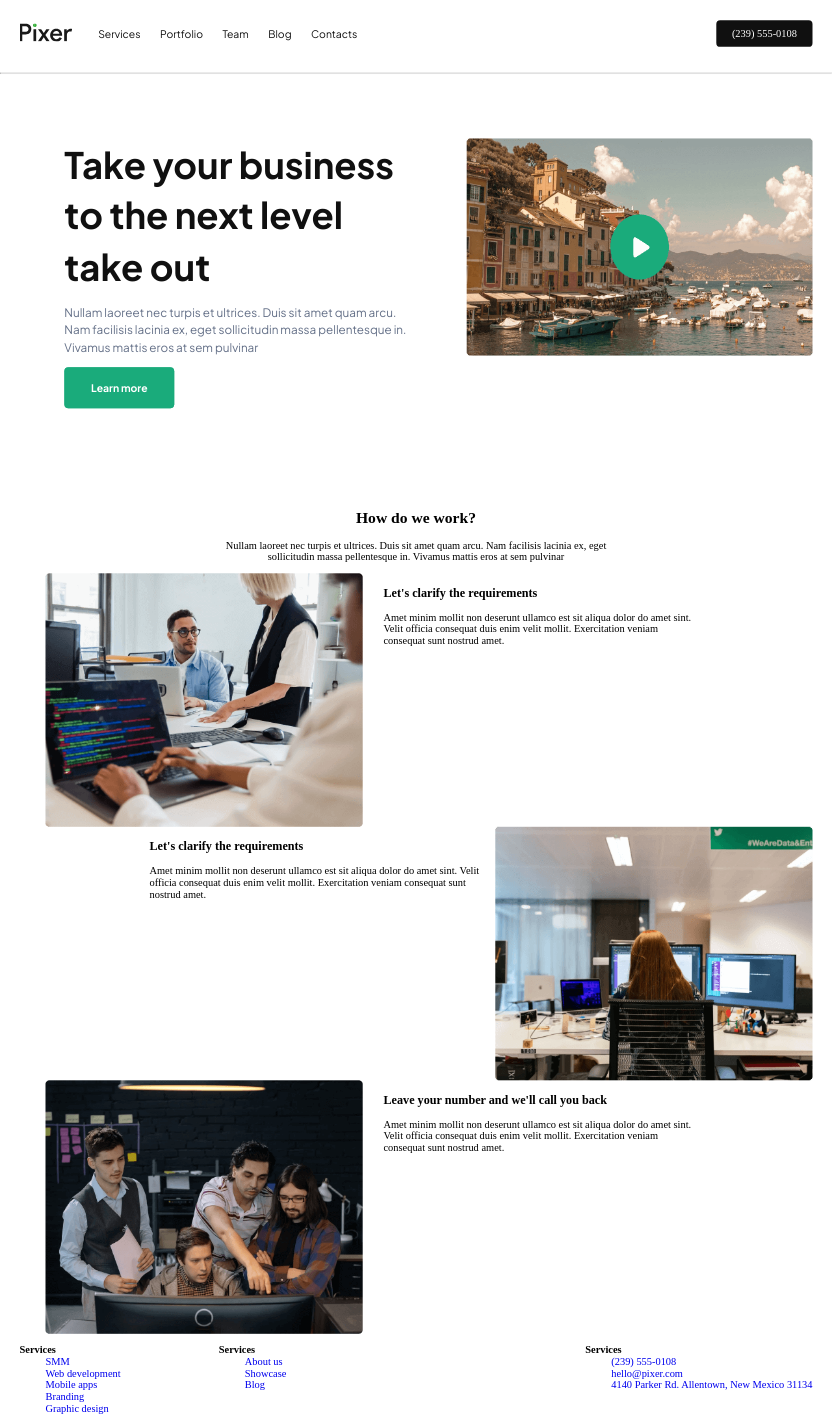
Repository: UlugbekAbdurasulov/pixar
Page: index.html
The author's editor kept a copy of each file at every save. The page is drawn from the files as they stood at one save, then again after the next save.
The browser window is 1280 px wide. The pictures show the whole page, at 65% of full size.

Above is the page before, as saved 2023-06-05 02:48:22.

### index.html
<!DOCTYPE html>
<html lang="en">
  <head>
    <meta charset="UTF-8" />
    <meta http-equiv="X-UA-Compatible" content="IE=edge" />
    <meta name="viewport" content="width=device-width, initial-scale=1.0" />

    <link rel="stylesheet" href="./css/main.css" />
    <title>Imthon</title>
  </head>
  <body>
    <header class="navbar">
      <div class="container">
        <div class="navbar-box">
          <div class="navvar-right">
            <a href="#"
              ><img
                src="./image/logo.svg"
                width="81"
                height="28"
                alt="pixer campaign lagatip"
            /></a>

            <nav class="navbar-naving">
              <ul class="navvar-helper">
                <li class="navbar-menu">
                  <a class="navbar-menu-link" href="#"><p>Services</p></a>
                </li>
                <li class="navbar-menu">
                  <a class="navbar-menu-link" href="#"><p>Portfolio</p></a>
                </li>
                <li class="navbar-menu">
                  <a class="navbar-menu-link" href="#"><p>Team</p></a>
                </li>
                <li class="navbar-menu">
                  <a class="navbar-menu-link" href="#"><p>Blog</p></a>
                </li>
                <li class="navbar-menu">
                  <a class="navbar-menu-link" href="#"><p>Contacts</p></a>
                </li>
              </ul>
            </nav>
          </div>
          <div class="navbar-link">
            <a class="navbar-enker" href="tel:2395550108">(239) 555-0108 </a>
          </div>
        </div>
      </div>
    </header>
    <hr />


        <div class="container">
            <div  class="hero">
                <div class="hero-wrapper">
                    <div class="hero-wrapper-information">
                        <h1 class="hero-wrapper-footer">
                            Take your   business to the next level take out
                        </h1>
                        <p class="hero-wrapper-text">
                            Nullam laoreet nec turpis et ultrices. Duis sit amet quam arcu. Nam facilisis lacinia ex, eget sollicitudin massa pellentesque in. Vivamus mattis eros at sem pulvinar
                        </p>
                       <a class="hero-wrapper-enker" href="#">Learn more</a>
                    </div>
                    <img src="./image/You-Tube.png" width="532" height="334" alt="">
                </div>
            </div>
        </div>
    </menu>


  <section>
    <div class="container">

      <div class="Services">
        <h2>How do we work?</h2>
        <p>Nullam laoreet nec turpis et ultrices. Duis sit amet quam arcu. Nam facilisis lacinia ex, eget sollicitudin massa pellentesque in. Vivamus mattis eros at sem pulvinar</p>
      </div>
   <ul>
    <li class="services-work"><img src="./image/lissining.png" alt=""> <div class="Services-cantent"><h3>Let's clarify the requirements</h3> <p> Amet minim mollit non deserunt ullamco est sit aliqua dolor do amet sint. Velit officia consequat duis enim velit mollit. Exercitation veniam consequat sunt nostrud amet. </p></div></li>
    <li class="services-work roower"><img src="./image/work.png" alt=""> <div class="Services-cantent cantent"><h3>Let's clarify the requirements</h3> <p> Amet minim mollit non deserunt ullamco est sit aliqua dolor do amet sint. Velit officia consequat duis enim velit mollit. Exercitation veniam consequat sunt nostrud amet. </p></div></li>
    <li class="services-work"><img src="./image/team.png" alt=""> <div class="Services-cantent"><h3>Leave your number and we'll call you back</h3> <p> Amet minim mollit non deserunt ullamco est sit aliqua dolor do amet sint. Velit officia consequat duis enim velit mollit. Exercitation veniam consequat sunt nostrud amet. </p></div></li>
   </ul>
    </div>
  </section>

  <footer>


      <div class="sayt-footer-start">

        <div class="container">
<div class="sayt-footer-start-box">
  <div class="boxxing">
  <div class="sayt-footer-start-services">
    <strong>Services</strong>
    <ul class="sayt-footer-start-child">
      <li  class="sayt-footer-start-text"><a href="#"> SMM </a></li>
      <li class="sayt-footer-start-text"><a href="#"> Web development</a></li>
      <li class="sayt-footer-start-text"><a href="#"> Mobile apps </a></li>
      <li class="sayt-footer-start-text"><a href="#"> Branding </a></li>
      <li class="sayt-footer-start-text"><a href="#"> Graphic design </a></li>
    </ul>

  </div>
  <div class="sayt-footer-start-Resources">
    <strong>Services</strong>
    <ul class="sayt-footer-start-child">
      <li class="sayt-footer-start-text"><a href="#">About us</a></li>
      <li class="sayt-footer-start-text"><a href="#">Showcase</a></li>
      <li class="sayt-footer-start-text"><a href="#">Blog</a></li>
    </ul>
  </div>
  </div>

  <div class="sayt-footer-start-Connect">
    <strong>Services</strong>
    <ul class="sayt-footer-start-child">
      <li class="sayt-footer-start-text"><a href="#">(239) 555-0108</a></li>
      <li class="sayt-footer-start-text"><a href="#">hello@pixer.com</a></li>
      <li class="sayt-footer-start-text"><a href="#">4140 Parker Rd. Allentown, New Mexico 31134</a></li>

    </ul>

  </div>
</div>

        </div>

      </div>
      <div class="sayt-footer-bottom">
        <div class="container">

        </div>
      </div>

  </footer>
  </body>
</html>

### css/main.css
/* plus-jakarta-sans-regular - latin */
@font-face {
  font-display: swap; /* Check https://developer.mozilla.org/en-US/docs/Web/CSS/@font-face/font-display for other options. */
  font-family: "Plus Jakarta Sans";
  font-style: normal;
  font-weight: 400;
  src: url("../fontFamly/plus-jakarta-sans-v7-latin-regular.woff2")
      format("woff2"),
    /* Chrome 36+, Opera 23+, Firefox 39+, Safari 12+, iOS 10+ */
      url("../fontFamly/plus-jakarta-sans-v7-latin-regular.woff") format("woff"); /* Chrome 5+, Firefox 3.6+, IE 9+, Safari 5.1+, iOS 5+ */
}

@font-face {
  font-display: swap; /* Check https://developer.mozilla.org/en-US/docs/Web/CSS/@font-face/font-display for other options. */
  font-family: "Plus Jakarta Sans";
  font-style: italic;
  font-weight: 500;
  src: url("../fontFamly/plus-jakarta-sans-v7-latin-500italic.woff2")
      format("woff2"),
    /* Chrome 36+, Opera 23+, Firefox 39+, Safari 12+, iOS 10+ */
      url("../fontFamly/plus-jakarta-sans-v7-latin-500italic.woff")
      format("woff"); /* Chrome 5+, Firefox 3.6+, IE 9+, Safari 5.1+, iOS 5+ */
}

@font-face {
  font-display: swap; /* Check https://developer.mozilla.org/en-US/docs/Web/CSS/@font-face/font-display for other options. */
  font-family: "Plus Jakarta Sans";
  font-style: normal;
  font-weight: 600;
  src: url("../fontFamly/plus-jakarta-sans-v7-latin-600.woff2") format("woff2"),
    /* Chrome 36+, Opera 23+, Firefox 39+, Safari 12+, iOS 10+ */
      url("../fontFamly/plus-jakarta-sans-v7-latin-600.woff") format("woff"); /* Chrome 5+, Firefox 3.6+, IE 9+, Safari 5.1+, iOS 5+ */
}

@font-face {
  font-display: swap; /* Check https://developer.mozilla.org/en-US/docs/Web/CSS/@font-face/font-display for other options. */
  font-family: "Plus Jakarta Sans";
  font-style: normal;
  font-weight: 700;
  src: url("../fontFamly/plus-jakarta-sans-v7-latin-700.woff2") format("woff2"),
    /* Chrome 36+, Opera 23+, Firefox 39+, Safari 12+, iOS 10+ */
      url("../fontFamly/plus-jakarta-sans-v7-latin-700.woff") format("woff"); /* Chrome 5+, Firefox 3.6+, IE 9+, Safari 5.1+, iOS 5+ */
}

* {
  box-sizing: border-box;
  text-decoration: none;
  list-style: none;
}
body {
  margin: 0;
  padding: 0;
  background-color: #fff;
}
.container {
  width: 1260px;
  margin: 0px auto;
  padding: 0 20px;
}
.navbar-box {
  padding-top: 24px;
  padding-bottom: 24px;
  display: flex;
  justify-content: space-between;
  align-items: center;
  margin: 0;
}

.navvar-right {
  display: flex;
  justify-content: center;
  align-items: center;
  margin: 0;
}
.navvar-helper {
  display: flex;
  margin: 0;
}
.navbar-menu {
  margin-right: 30px;
}
.navbar-enker {
  color: #fff;
  margin: auto right;
  background: #101010;
  border-radius: 6px;
  padding: 12px 24px;
  margin-top: 24px;
}
.navbar-menu-link :hover {
  color: #1aab7b;
}
.navbar-menu-link :active {
  color: #1aab7b;
}

.hr {
  background: #ffffff;
  border-bottom: 1px solid #eeeef4;
}
.hero {
  padding-top: 91px;
  padding-bottom: 156px;
}
.hero-wrapper {
  display: flex;
  justify-content: space-between;
  margin: 0;
}
.hero-wrapper-information {
  width: 550px;
  margin: 0 auto;
}

.hero-wrapper-footer {
  font-family: "Plus Jakarta Sans";
  font-style: normal;
  font-weight: 700;
  font-size: 56px;
  line-height: 140%;
  color: #101010;
  margin: 0;
}
.hero-wrapper-text {
  font-family: "Plus Jakarta Sans";
  font-style: normal;
  font-weight: 400;
  font-size: 18px;
  line-height: 150%;
  color: #636f87;

  margin-bottom: 40px;
}

/* .navbar-link{
        margin: 0 auto;
        padding-top: 24px;
    } */
.navbar-menu-link {
  font-family: "Plus Jakarta Sans";
  font-style: normal;
  font-weight: 500;
  font-size: 16px;
  line-height: 150%;

  color: #101010;
}
.hero-wrapper-enker {
  font-family: "Plus Jakarta Sans";
  font-style: normal;
  font-weight: 700;
  font-size: 16px;
  line-height: 120%;

  text-align: center;
  padding: 20px 40px;
  color: #fff;
  border: 1px #1aab7b solid;
  background-color: #1aab7b;
  border-radius: 6px;
}

.hero-wrapper-enker:hover {
  background: #ffffff;
  border: 1.5px solid #1aab7b;
  border-radius: 6px;
  color: #1aab7b;
}
.hero-wrapper-enker :active {
  background-color: #1aab7b;
  opacity: 0.7;
  color: #fff;
}

.Services {
  width: 650px;
  /* margin: 0 auto; */

  margin: 0 auto;
  text-align: center;
}
.services-work {
  display: flex;
}
.Services-cantent {
  width: 488px;
  margin-left: 32px;
}
.roower {
  flex-direction: row-reverse;
}
.cantent {
  width: 532px;
}
.sayt-footer-start-box {
  display: flex;
  justify-content: space-between;
}
.sayt-footer-start-services {
  margin-right: 151px;
}
.sayt-footer-start-Connect {
  margin: auto right;
}
.sayt-footer-start-child {
  margin: 0;
}
.boxxing {
  display: flex;
}
.sayt-footer-start-text{

}

### image/logo.svg
<svg width="81" height="28" viewBox="0 0 81 28" fill="none" xmlns="http://www.w3.org/2000/svg">
<path d="M0 27.3919V0.303287H9.34316C10.5077 0.295204 11.664 0.499932 12.7556 0.907471C13.7897 1.29072 14.742 1.86772 15.5618 2.6078C16.3947 3.36821 17.057 4.29789 17.5046 5.3351C17.9523 6.3723 18.175 7.49328 18.158 8.62358C18.1698 9.74744 17.9445 10.8611 17.497 11.8913C17.0496 12.9215 16.39 13.8449 15.5618 14.6008C14.7422 15.3412 13.7899 15.9182 12.7556 16.3011C11.6648 16.7088 10.5093 16.9139 9.34542 16.9065H4.25674V27.3862L0 27.3919ZM9.45604 12.8257C10.1017 12.8382 10.7431 12.7171 11.34 12.4697C11.8662 12.2485 12.3409 11.92 12.7341 11.5051C13.1055 11.1105 13.3993 10.649 13.5999 10.1448C13.7961 9.66446 13.8984 9.15069 13.9013 8.63152C13.8979 7.55157 13.4798 6.51456 12.7341 5.73642C12.3077 5.30129 11.7976 4.95789 11.2348 4.72715C10.672 4.49641 10.0684 4.38315 9.46056 4.39429H4.25674V12.8302L9.45604 12.8257Z" fill="#191919"/>
<path d="M21.4734 8.85371V27.3919H25.6556V8.85371H21.4734Z" fill="#191919"/>
<path d="M26.3611 2.83451C26.3674 3.20623 26.2989 3.57538 26.1598 3.91992C26.0208 4.26446 25.814 4.57731 25.5518 4.83977C25.2975 5.10879 24.9903 5.32169 24.6496 5.46494C24.3089 5.60819 23.9422 5.67864 23.573 5.6718V0.000627874C23.9422 -0.00592918 24.3088 0.0646457 24.6494 0.207876C24.9901 0.351106 25.2973 0.563865 25.5518 0.832657C25.8134 1.09484 26.0199 1.40716 26.1589 1.75105C26.2979 2.09495 26.3667 2.4634 26.3611 2.83451Z" fill="#35AF39"/>
<path d="M23.5696 0.000636352V5.67521C23.1955 5.68389 22.8238 5.61441 22.4779 5.47118C22.132 5.32795 21.8195 5.11409 21.5603 4.84318C21.2969 4.58076 21.0891 4.26751 20.9494 3.92231C20.8097 3.5771 20.7411 3.20708 20.7475 2.83452C20.7422 2.46314 20.8114 2.09449 20.9511 1.75055C21.0907 1.40662 21.2979 1.09445 21.5603 0.832666C21.8199 0.562198 22.1324 0.34864 22.4782 0.205443C22.824 0.0622456 23.1956 -0.00748732 23.5696 0.000636352Z" fill="#35AF39"/>
<path d="M34.8486 17.9709L28.481 8.85371H33.3417L37.3343 14.7176H37.4471L41.1722 8.85371H46.2203L39.7781 17.9709L46.3331 27.3919H41.3664L37.3726 21.3387H37.2598L33.2999 27.3919H28.3681L34.8486 17.9709Z" fill="#191919"/>
<path d="M65.2893 22.9653C64.4947 24.4194 63.3552 25.654 61.9717 26.5598C60.5419 27.5196 58.7843 27.9995 56.699 27.9995C55.3882 28.0133 54.088 27.7623 52.8757 27.2615C51.7354 26.7889 50.7032 26.0872 49.8426 25.1996C48.9783 24.302 48.2996 23.2413 47.8458 22.0789C47.3571 20.8192 47.1142 19.4769 47.1301 18.1251C47.1227 16.8268 47.3523 15.5382 47.8074 14.3231C48.2358 13.1637 48.8815 12.0975 49.7094 11.182C50.5737 10.2405 51.6261 9.49271 52.7979 8.98757C53.9696 8.48244 55.2344 8.23133 56.5094 8.25066C57.9392 8.25066 59.214 8.49022 60.3338 8.96934C61.4151 9.42349 62.3856 10.1076 63.1784 10.9746C63.9808 11.8743 64.5899 12.9305 64.9676 14.0771C65.3926 15.3558 65.6028 16.6966 65.5895 18.0446V18.3846C65.5654 18.4964 65.5526 18.6104 65.5512 18.7247C65.5266 18.8237 65.514 18.9253 65.5139 19.0274H51.3123C51.3651 19.8327 51.583 20.6185 51.9524 21.3353C52.2761 21.9571 52.7174 22.5096 53.2516 22.9619C53.7568 23.3856 54.3391 23.7067 54.9663 23.9073C55.562 24.1045 56.1847 24.2066 56.8119 24.21C58.016 24.21 59.0082 23.9202 59.7886 23.3405C60.5665 22.7601 61.2192 22.0274 61.7075 21.1868L65.2893 22.9653ZM61.4073 15.8149C61.3409 15.3791 61.2207 14.9534 61.0495 14.5476C60.85 14.0652 60.5555 13.6284 60.1837 13.2632C59.7461 12.8402 59.2354 12.5006 58.6767 12.2612C58.0619 11.9838 57.315 11.8452 56.436 11.8452C55.2319 11.8452 54.1957 12.2045 53.3273 12.9232C52.4588 13.6418 51.8749 14.6057 51.5753 15.8149H61.4073Z" fill="#191919"/>
<path d="M68.7547 8.85369H72.7055V11.6536H72.9313C73.1688 11.1616 73.4819 10.7102 73.8591 10.316C74.247 9.89965 74.6912 9.54019 75.1787 9.24817C75.6682 8.95657 76.186 8.71577 76.7241 8.5295C77.226 8.34898 77.7544 8.25397 78.2875 8.24837C78.8074 8.23859 79.3264 8.29612 79.8317 8.41954C80.2394 8.52653 80.632 8.68498 81 8.8911L79.7944 12.7123C79.4992 12.5808 79.1891 12.4856 78.8711 12.4289C78.4668 12.3607 78.0573 12.3288 77.6474 12.3337C77.0015 12.3262 76.3626 12.4698 75.7815 12.7531C75.2163 13.0321 74.7108 13.4195 74.2937 13.8935C73.8555 14.3945 73.5168 14.9752 73.2959 15.604C73.0551 16.2746 72.9339 16.9826 72.938 17.6954V27.3918H68.7614L68.7547 8.85369Z" fill="#191919"/>
</svg>

After the next save:
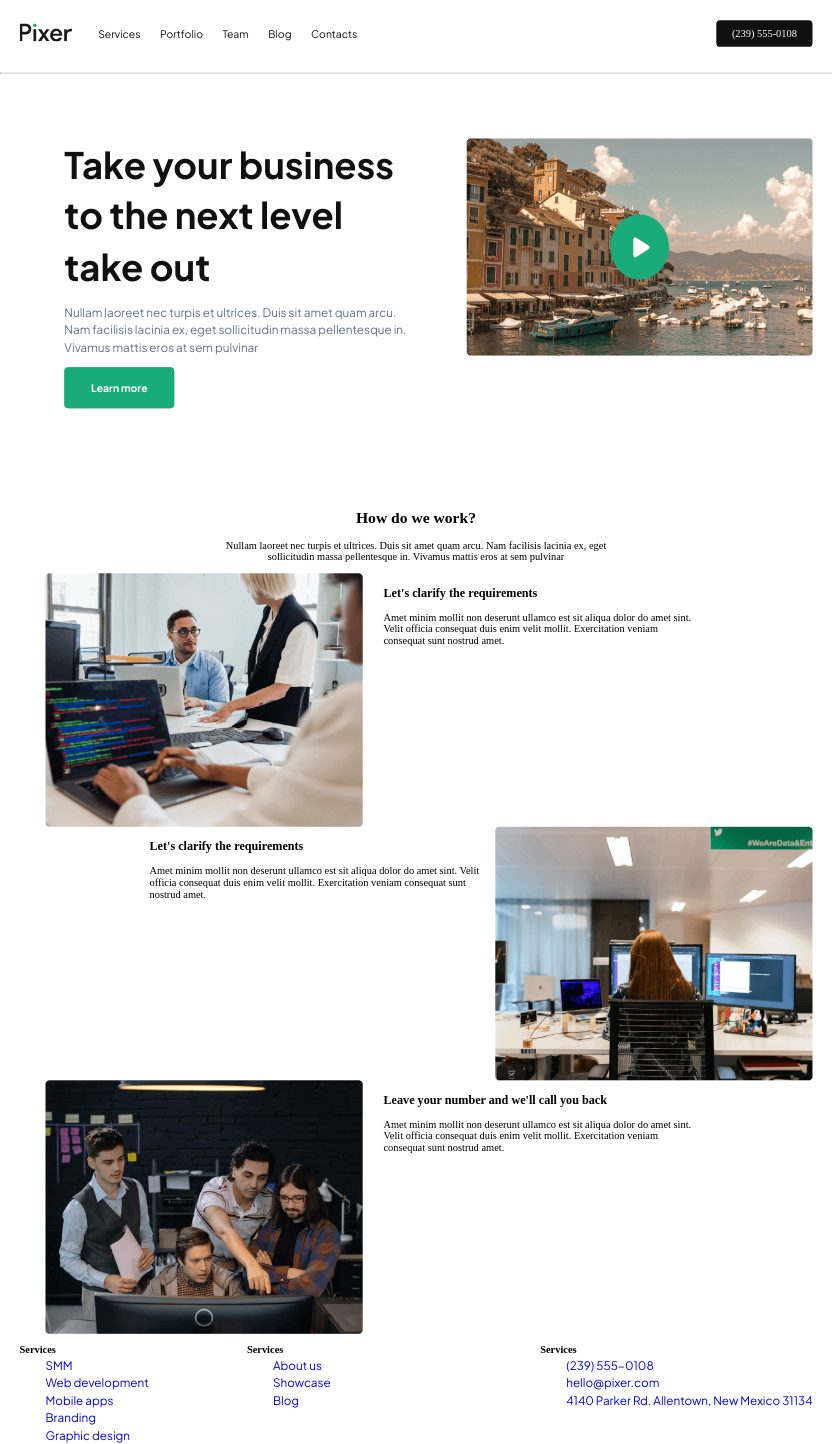
Saved 16 s later.
--- a/css/main.css
+++ b/css/main.css
@@ -209,5 +209,15 @@ body {
   display: flex;
 }
 .sayt-footer-start-text{
-
-}
+  font-family: 'Plus Jakarta Sans';
+font-style: normal;
+font-weight: 500;
+font-size: 18px;
+line-height: 150%;
+/* identical to box height, or 27px */
+
+
+/* second 2 */
+
+color: #A1A8B7;
+}
